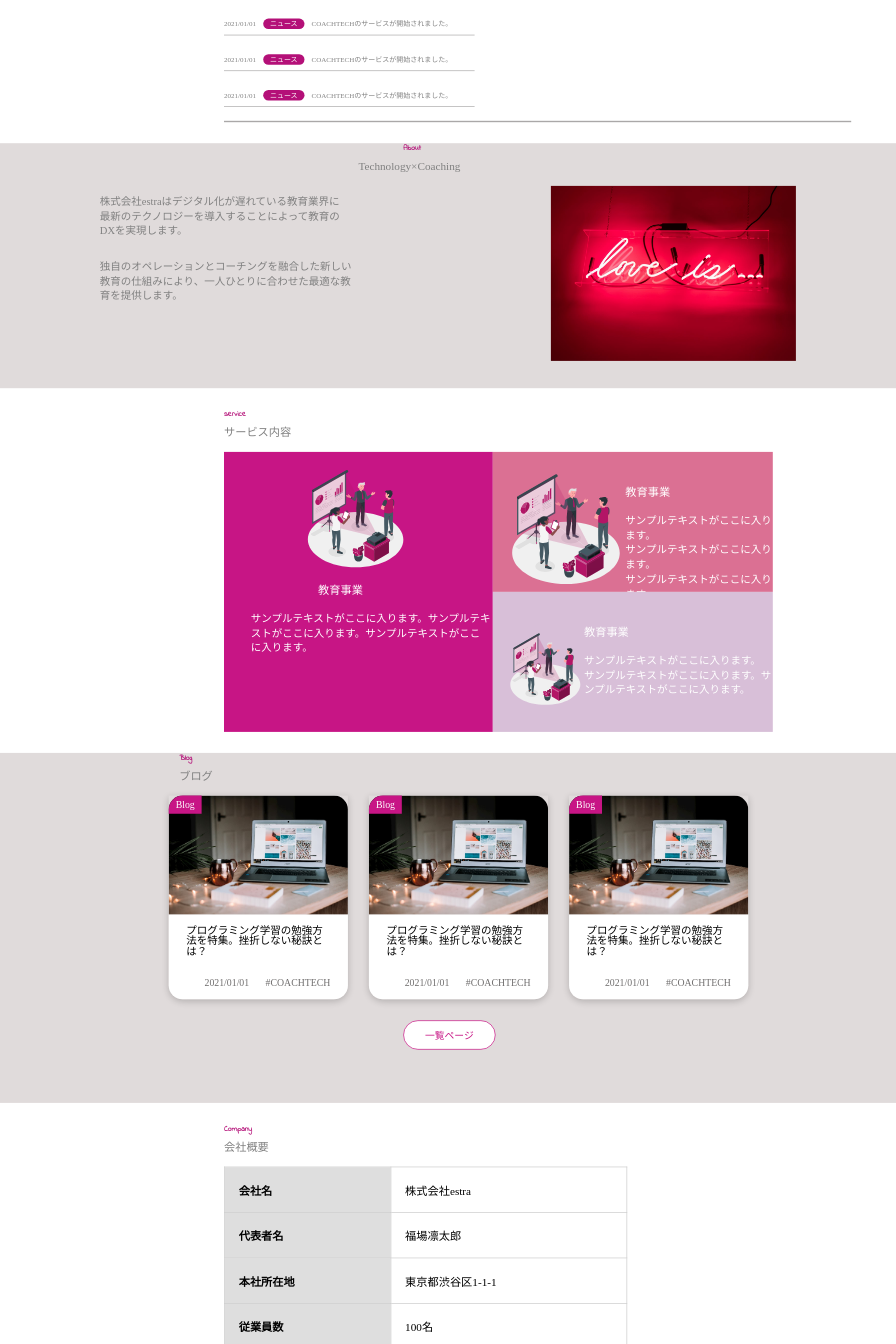
Repository: sigemasaasuka/20210902
Page: index.html
These files come from the project's save history. The page is drawn as it stood at one moment and after the next save; the edit follows.
The browser window is 1280 px wide. The pictures show the part of the page from y = 642 to 2562 px (the page is 3297 px tall), at 70% of full size.

Above is the page before, as saved 2021-10-05 19:29:51.

### index.html
<!DOCTYPE html>
<html lang="ja">

<head>
  <meta charset="UTF-8">
  <meta name="viewport" content="width=device-width, initial-scale=1.0">
  <title>Document</title>
  <link rel="stylesheet" href="css/style.css">
  <link rel="stylesheet" href="css/reset.css">
  <link rel="preconnect" href="https://fonts.googleapis.com">
  <link rel="preconnect" href="https://fonts.gstatic.com" crossorigin>
  <link href="https://fonts.googleapis.com/css2?family=Indie+Flower&display=swap" rel="stylesheet">
</head>

<body>
  <div class="flex">
    <div class="logo">
      <img src="img/img/estra_logo.png" alt="estra_logo" width="100px" height="30px">
    </div>
    <div class="parent">
      <div class="child">News</div>
      <div class="child">About</div>
      <div class="child">Service</div>
      <div class="child">blog</div>
      <div class="child">Company</div>
      <div class="child">Contact</div>

    </div>
  </div>
  <div class="relative">
    <img class="relative__img" src="img/img/firstview.jpg" alt="firstview">
    <div class="example">
      <h1>Commit to the <span class="document"> growth</span> <br>for everyone</h1>
    </div>
    <div class="second">
      <h3>全ての全ての人の<span class="second-txt">成長</span>にコミットする</h3>
      <p class="subtitle">Educational Technology Company<br>estra inc since 2019</p>
    </div>
  </div>
  <div class="smlltitle-news">
    <h6>News</h6>
  </div>
  <div class="list-news">
    <h3>新着情報</h3>
  </div>
  <div class="local">
    <div class="info">
      <p>
        2021/01/01　<a class="practice__btn">ニュース</a>　COACHTECHのサービスが開始されました。
      </p>
    </div>
    <div class="info">
      <p>
        2021/01/01　<a class="practice__btn">ニュース</a>　COACHTECHのサービスが開始されました。
      </p>
    </div>
    <div class="info">
      <p>
        2021/01/01　<a class="practice__btn">ニュース</a>　COACHTECHのサービスが開始されました。
      </p>
    </div>
    <div class="info">
      <p>
        2021/01/01　<a class="practice__btn">ニュース</a>　COACHTECHのサービスが開始されました。
      </p>
    </div>
    <div class="info">
      <p>
        2021/01/01　<a class="practice__btn">ニュース</a>　COACHTECHのサービスが開始されました。
      </p>
    </div>
  </div>
  <div class="colored-about">
    <div class="smlltitle-about">
      <h6>About</h6>
    </div>
    <div class="list-about">
      <h3>Technology×Coaching</h3>
    </div>
    <div class="flex-txt">
    <div class="info-txt">
      <div class="relate">
        株式会社estraはデジタル化が遅れている教育業界に<br>最新のテクノロジーを導入することによって教育の<br>DXを実現します。
      </div>
      <div class="relate-txt">
        独自のオペレーションとコーチングを融合した新しい<br>教育の仕組みにより、一人ひとりに合わせた最適な教<br>育を提供します。
      </div>

    </div>
      <div class="about">
        <img class="picture__img" src="img/img/about.jpg" alt="about">
      </div>
  </div>
  </div>

  <div class="service">
    <div class="smlltitle-service">
      <h6>service</h6>
    </div>
    <div class="list-service">
      <h3>サービス内容</h3>
    </div>
    <div class="contents">
    <div class="colored-service">
      <div class="photo">
        <img class="service__img" src="img/img/service__first.svg" alt="service">
      </div>
      <div class="title">
        <h3>教育事業</h3>
      </div>
      <div class="explain">
        サンプルテキストがここに入ります。サンプルテキ<br>ストがここに入ります。サンプルテキストがここ<br>に入ります。
      </div>
    </div>
  <div class="contents2">
    <div class="contents2">
  <div class="colored3">
    <div class="photo2">
      <img class="service__img1" src="img/img/service__first.svg" alt="service">
    </div>
    <div>
    <div class="title2">
      <h3>教育事業</h3>
    </div>
    <div class="explain2">
      サンプルテキストがここに入ります。<br>サンプルテキストがここに入ります。<br>サンプルテキストがここに入ります。
    </div>
  </div>
  </div>
  </div>

  <div class="colored">
    <div class="photo2">
      <img class="service__img1" src="img/img/service__first.svg" alt="service">
    </div>
    <div>
    <div class="title2">
      <h3>教育事業</h3>
    </div>
    <div class="explain2">
      サンプルテキストがここに入ります。<br>サンプルテキストがここに入ります。サンプルテキストがここに入ります。
    </div>
  </div>
  </div>
</div>
</div>
</div>
   <div class="colored-blog">
    <div class="smlltitle-blog">
      <h6>Blog</h6>
    </div>
    <div class="list-blog">
      <h3>ブログ</h3>
   </div>
    <div class="flex__item">
      <div class="practice__card">
        <div class="blog__first">
          <img src="img/img/blog__first.jpg" alt="blog">
        </div>
        <div class="card__content">
          <div class="card__cat">Blog</div>
          <h2 class="card__ttl">プログラミング学習の勉強方法を特集。挫折しない秘訣とは？</h2>
          <div class="tag">
            <p class="card__tag">2021/01/01</p>
            <p class="card__date">#COACHTECH</p>
          </div>
        </div>
      </div>
      <div class="practice__card">
        <div class="blog__first">
          <img src="img/img/blog__first.jpg" alt="blog">
        </div>
        <div class="card__content">
          <div class="card__cat">Blog</div>
          <h2 class="card__ttl">プログラミング学習の勉強方法を特集。挫折しない秘訣とは？</h2>
          <div class="tag">
            <p class="card__tag">2021/01/01</p>
            <p class="card__date">#COACHTECH</p>
          </div>
        </div>
      </div>
      <div class="practice__card">
        <div class="blog__first">
          <img src="img/img/blog__first.jpg" alt="blog">
        </div>
        <div class="card__content">
          <div class="card__cat">Blog</div>
          <h2 class="card__ttl">プログラミング学習の勉強方法を特集。挫折しない秘訣とは？</h2>
          <div class="tag">
            <p class="card__tag">2021/01/01</p>
            <p class="card__date">#COACHTECH</p>
          </div>
        </div>
      </div>
    </div>
    <div class="card__cat-blog">一覧ページ</div>
   </div>
   <div class="company">
    <div class="smlltitle-company">
      <h6>Company</h6>
    </div>
    <div class="list-company">
      <h3>会社概要</h3>
    </div>
    <table>
      <tr>
        <th>会社名</th>
        <td>株式会社estra</td>
      </tr>
      <tr>
        <th>代表者名</th>
        <td>福場凛太郎</td>
      </tr>
      <tr>
        <th>本社所在地</th>
        <td>東京都渋谷区1-1-1</td>
      </tr>
      <tr>
        <th>従業員数</th>
        <td>100名</td>
      </tr>
      <tr>
        <th>電話番号</th>
        <td>0120-00-0000</td>
      </tr>
      <tr>
        <th>資本資金</th>
        <td>¥10,000,000</td>
      </tr>
    </table>
    </div>
    <div class="last">
    <div class="photo2">
     <div class="recruit">
      <div class="second-employ">
        <p>採用情報</p>
      </div>
     </div>
    </div>
    <div class="photo3">
      <div class="interview">
    <div class="second-interview">
      <p>社員インタビュー</p>
      </div>
    </div>
    </div>
    </div>
    <div class="list-question">
      <h3>株式会社estraへのお問い合わせはこちらから</h3>
      </div>
      <div class="rod"><p>&#124</p></div>
      <div class="photo4">
  <div class="card__cat3">お問い合わせ</div>
</div>
<div class="colored-question">
  <div class="second-question">
    <p>Copyright&copy;estra,inc　AII Rights Reserved</p>
  </div>
</div>
</body>

</html>

### css/style.css
.img {
  text-align: left;
}

.parent {
  line-height: 50px;
  display: flex;
  justify-content: space-between;
  color: gray;
}

.child {
  margin: 0 10px;
  font-weight: lighter;
}

.logo {
  line-height: 20px;
  width: 100px;
}
.flex {
  display: flex;
  justify-content: space-between;
  height: 50px;
  margin-left: 30px;
}

.relative {
  position: relative;
}

.relative__img {
  margin: 0 0 0 auto;
  display: block;
  width: 50%;
}

.example {
  position: absolute;
  top: 5%;
  left: 30%;
  font-size: 50px;
  color: #b41078;
  font-family: "Indie Flower", cursive;
}

.document {
  top: 5%;
  left: 30%;
  font-size: 70px;
  color: #30b6cf;
  font-family: "Indie Flower", cursive;
}

.second {
  position: absolute;
  top: 50%;
  left: 30%;
  font-size: 18px;
  color: #b41078;
}

.second-txt {
  top: 50%;
  left: 30%;
  font-size: 18px;
  color: #30b6cf;
}

.subtitle {
  margin: 0;
  font-size: 15px;
  color: gray;
  font-weight: lighter;
}

.smlltitle-news {
  color: #b41078;
  font-family: "Indie Flower", cursive;
  margin-left: 25%;
}

.list-news {
  color: gray;
  margin-left: 25%;
  margin-top: 10px;
  margin-bottom: 20px;
}

.local {
  margin-left: 25%;
  border-color: rgb(170, 168, 168);
  border-top: solid 2px rgb(170, 168, 168);
  border-bottom: solid 2px rgb(170, 168, 168);
  width: 70%;
}

.info {
  margin-bottom: 20px;
  border-width: 0 0 1px 0;
  border-style: solid;
  line-height: 30px;
  border-color: rgb(173, 171, 171);
  margin-top: 20px;
  padding-left: 0;
  font-size: 10px;
  color: gray;
  width: 40%;
}

.practice__btn {
  width: 100px;
  padding: 2px 10px;
  color: #fff;
  border-radius: 30px;
  background-color: #b41078;
  text-align: center;
  margin: 0 auto 0;
}

.colored-about {
  height: 350px;
  background-color: rgb(224, 219, 219);
  margin-top: 30px;
}
.smlltitle-about {
  color: #b41078;
  font-family: "Indie Flower", cursive;
  margin-left: 45%;
}

.list-about {
  color: gray;
  margin-left: 40%;
  margin-top: 10px;
}

.flex-txt {
  display: flex;
  justify-content: space-around;
  height: 30px;
}

.relate {
  color: gray;
  font-size: 15px;
  margin-top: 30px;
}

.relate-txt {
  color: gray;
  font-size: 15px;
  margin-top: 30px;
}

.picture__img {
  margin-top: 20px;
  width: 350px;
  height: 250px;
}

.smlltitle-service {
  color: #b41078;
  font-family: "Indie Flower", cursive;
  margin-left: 25%;
  margin-top: 30px;
}

.list-service {
  color: gray;
  margin-left: 25%;
  margin-top: 10px;
}

.contents {
  display: flex;
}
.colored-service {
  background-color: #c71585;
  margin-top: 20px;
  margin-left: 25%;
  width: 30%;
  height: 400px;
}

.service__img {
  width: 300px;
  height: 150px;
  margin-top: 20px;
  margin-left: 10%;
}

.title {
  margin-top: 20px;
  color: #fff;
  margin-left: 35%;
}

.explain {
  margin-left: 10%;
  margin-top: 20px;
  color: #fff;
  font-size: 15px;
}
.contents2 {
  display: flex;
  flex-direction: column;
  justify-content: space-around;
}
.colored3 {
  display: flex;
  background-color: #db7093;
  margin-top: 20px;
  width: 400px;
  height: 200px;
}

.service__img1 {
  width: 340px;
  height: 220px;
  margin-left: 20px;
}

.title2 {
  margin-top: 20px;
  color: #fff;
  margin-top: 50px;
  margin-left: 20px;
}

.explain2 {
  margin-top: 20px;
  margin-left: 20px;
  color: #fff;
  font-size: 15px;
}

.colored {
  display: flex;
  background-color: #d8bfd8;
  width: 400px;
  height: 200px;
}

.colored-blog {
  height: 500px;
  background-color: rgb(224, 219, 219);
  margin-top: 30px;
}

.smlltitle-blog {
  color: #b41078;
  font-family: "Indie Flower", cursive;
  margin-left: 20%;
  margin-top: 30px;
}

.list-blog {
  color: gray;
  margin-left: 20%;
  margin-top: 10px;
}

.flex__item {
  border-radius: 20px;
  display: flex;
  justify-content: center;
}

.practice__card {
  margin-top: 20px;
  margin-left: 30px;
  position: relative;
  width: 20%;
  border-bottom-left-radius: 20px;
  border-bottom-right-radius: 20px;
  box-shadow: 0px 3px 10px rgba(0, 0, 0, 0.2);
}

.blog__first {
  overflow: hidden;
  border-top-left-radius: 20px;
  border-top-right-radius: 20px;
}

.card__img img {
  width: 100%;
}

.card__content {
  border-bottom-left-radius: 20px;
  border-bottom-right-radius: 20px;
  background-color: #fff;
  padding: 15px 25px;
}

.card__ttl {
  font-size: 15px;
  margin-bottom: 30px;
  font-weight: 400;
}

.card__cat {
  position: absolute;
  top: 0;
  left: 0;
  border-top-left-radius: 20px;
  padding: 5px 10px;
  background: #c71585;
  display: inline-block;
  color: #fff;
  font-size: 14px;
}

.tag {
  font-size: 14px;
  text-align: right;
}

.card__tag {
  display: inline-block;
  color: rgb(112, 110, 110);
  margin-left: 10px;
}

.card__date {
  display: inline-block;
  margin-left: 20px;
  color: rgb(112, 110, 110);
}

.card__cat-blog {
  padding: 10px 30px;
  background: white;
  margin-top: 30px;
  margin-left: 45%;
  border: 1px solid;
  display: inline-block;
  color: #c71585;
  font-size: 14px;
  border-radius: 30px;
}

.company {
  margin-left: 25%;
}

.smlltitle-company {
  color: #b41078;
  font-family: "Indie Flower", cursive;
  margin-top: 30px;
}

.list-company {
  color: gray;
  margin-top: 10px;
  margin-bottom: 20px;
}

table {
  width: 60%;
  border-collapse: collapse;
}

table th,
table td {
  border: 1px solid #ccc;
  padding: 20px;
}
table th {
  font-weight: bold;
  background-color: #dedede;
}

.last {
  display: flex;
  margin-top: 50px;
  position: relative;
}

.second-employ {
  position: absolute;
  top: 50%;
  left: 40%;
  font-size: 20px;
  color: #fff;
}

.photo2 {
  width: 50%;
}

.recruit {
  position: relative;
  width: 100%;
  height: 0;
  padding-top: calc(300 / 683 * 100%); /* calc(画像高さ ÷ 画像横幅 × 100%) */
  background: url(../img/img/recruit.png) center center / cover no-repeat;
  margin-top: 30px;
}

.photo3 {
  width: 50%;
}

.interview {
  position: relative;
  width: 100%;
  height: 0;
  padding-top: calc(300 / 683 * 100%); /* calc(画像高さ ÷ 画像横幅 × 100%) */
  background: url(../img/img/interview.png) center center / cover no-repeat;
  margin-top: 30px;
}

.second-interview {
  position: absolute;
  top: 50%;
  left: 45%;
  font-size: 20px;
  color: #fff;
}

.list-question {
  color: gray;
  margin-top: 50px;
  margin-left: 36%;
}
.rod {
  color: #c71585;
  margin-left: 47%;
  margin-top: 10px;
  font-size: 30px;
}

.card__cat3 {
  position: relative;
  top: 0;
  padding: 20px 60px;
  background: linear-gradient(90deg, #ff69b4, #c71585);
  margin-top: 10px;
  margin-left: 40%;
  border: 1px solid;
  display: inline-block;
  color: #fff;
  font-size: 14px;
  border-radius: 30px;
}

.card__cat3::before {
  content: "";
  position: absolute;
  bottom: 15px;
  left: 25px;
  background: url(../img/img/mailicon.svg) no-repeat;
  background-size: cover;
  width: 15px;
  height: 15px;
  transform: translate(0, -50%);
}

.colored-question {
  height: 30px;
  background-color: rgb(224, 219, 219);
  margin-top: 25px;
}

.second-question {
  color: #000;
  font-size: 10px;
  margin-left: 40%;
  line-height: 30px;
}

### css/reset.css
@charset "UTF-8";
html,
body,
div,
span,
applet,
object,
iframe,
h1,
h2,
h3,
h4,
h5,
h6,
p,
blockquote,
pre,
a,
abbr,
acronym,
address,
big,
cite,
code,
del,
dfn,
em,
img,
ins,
kbd,
q,
s,
samp,
small,
strike,
strong,
sub,
sup,
tt,
var,
b,
u,
i,
center,
dl,
dt,
dd,
ol,
ul,
li,
fieldset,
form,
label,
legend,
table,
caption,
tbody,
tfoot,
thead,
tr,
th,
td,
article,
aside,
canvas,
details,
embed,
figure,
figcaption,
footer,
header,
hgroup,
menu,
nav,
output,
ruby,
section,
summary,
time,
mark,
audio,
video {
  margin: 0;
  padding: 0;
  border: none;
  font-style: normal;
  text-align: left;
  zoom: 1;
}
article,
aside,
details,
figcaption,
figure,
footer,
header,
hgroup,
menu,
nav,
section {
  display: block;
}
table {
  border-collapse: collapse;
  font-family: inherit;
}
h1,
h2,
h3,
h4,
h5 {
  font-size: 100%;
  font-weight: normal;
  line-height: 1;
}
input,
textarea,
select {
  font-family: inherit;
  font-size: 16px;
}
input[type="button"],
input[type="text"],
input[type="submit"] {
  -webkit-appearance: none;
  border-radius: 0;
}
textarea {
  resize: none;
  -webkit-appearance: none;
  border-radius: 0;
}
th,
td {
  border-collapse: collapse;
}
table th,
table td {
  white-space: nowrap;
}
ul,
ol {
  list-style-type: none;
}
img {
  vertical-align: text-bottom;
  vertical-align: -webkit-baseline-middle;
  max-width: 100%;
  height: auto;
  width/***/: auto;
}

After the next save:
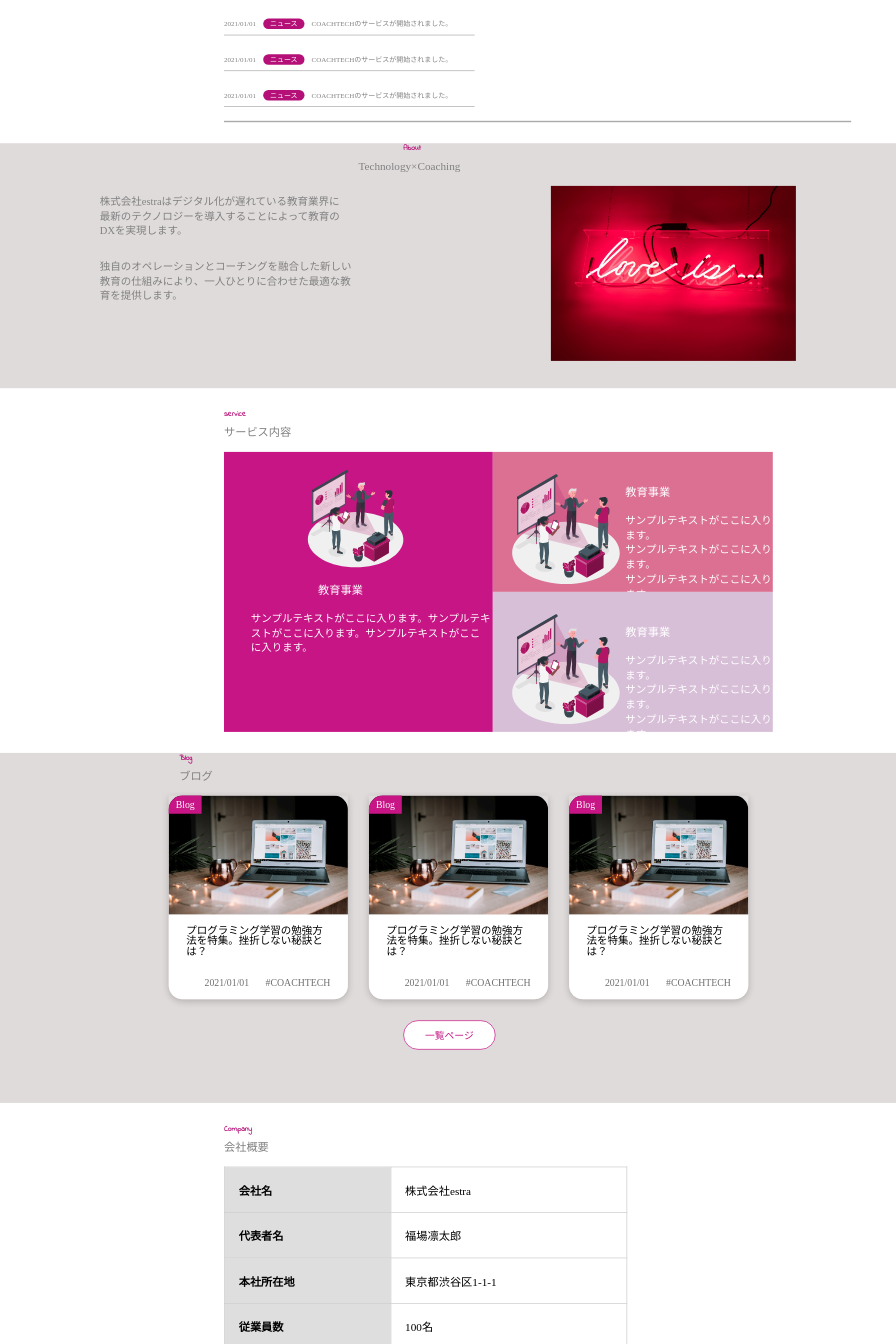
Saved 4 s later.
--- a/index.html
+++ b/index.html
@@ -138,7 +138,7 @@
       <h3>教育事業</h3>
     </div>
     <div class="explain2">
-      サンプルテキストがここに入ります。<br>サンプルテキストがここに入ります。サンプルテキストがここに入ります。
+      サンプルテキストがここに入ります。<br>サンプルテキストがここに入ります。<br>サンプルテキストがここに入ります。
     </div>
   </div>
   </div>
